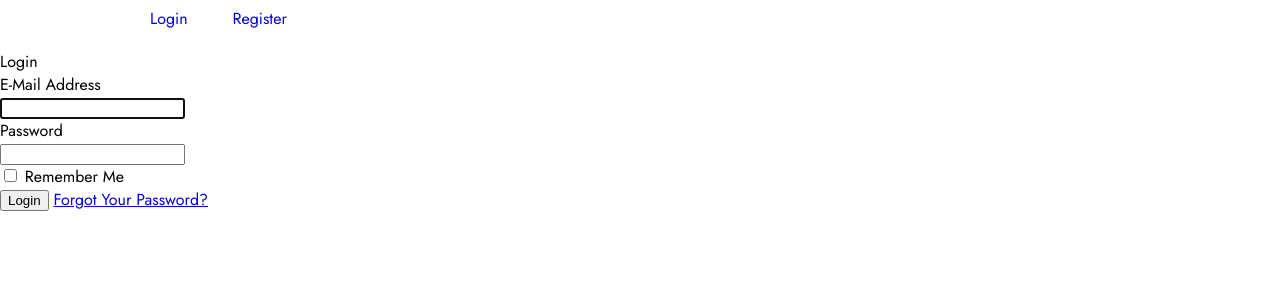
Repository: PatryxB/bikeService
Page: http://localhost/login
The author's editor kept a copy of each file at every save. The page is drawn from the files as they stood at one save, then again after the next save.
The browser window is 1280 px wide. The pictures show the whole page.
The page is served by the project's Laravel application, run on PHP 8.4 with Laravel 8. Other server files are loaded and not shown. Style sheets and scripts are compiled from the project's sources, by tool versions that may differ from the author's.

Above is the page before, as saved 2020-05-01 15:42:58.

### resources/views/layouts/app.blade.php
<!doctype html>
<html lang="{{ str_replace('_', '-', app()->getLocale()) }}">
<head>
    <meta charset="utf-8">
    <meta name="viewport" content="width=device-width, initial-scale=1">

    <!-- CSRF Token -->
    <meta name="csrf-token" content="{{ csrf_token() }}">

    <title>{{ config('app.name', 'Laravel') }}</title>

    <!-- Scripts -->
    <script src="{{ asset('js/app.js') }}" defer></script>

    <!-- Fonts -->
    <link rel="dns-prefetch" href="//fonts.gstatic.com">
    <link href="https://fonts.googleapis.com/css?family=Nunito" rel="stylesheet">

    <!-- Styles -->
    <link href="{{ asset('css/app.css') }}" rel="stylesheet">
</head>
<body>
    <div id="app">
        <nav>
            @if (Route::has('login'))
                @auth
                    <a href="{{ url('/home') }}">Home</a>
                @else
                    <a href="{{ route('login') }}" role="button">Login</a>

                    @if (Route::has('register'))
                        <a href="{{ route('register') }}" role="button" style="margin-left:40px">Register</a>
                    @endif
                @endauth
            @endif

        </nav>
        <main>
            @yield('content')
        </main>
    </div>
</body>
</html>

### resources/sass/app.scss
@import url('https://fonts.googleapis.com/css2?family=Jost&display=swap');
html, body{
    box-sizing: border-box;
    margin: 0;
    padding: 0;
    font-family: 'Jost', sans-serif;
}
.banner img{
    width: 100%;
    height: 92vh;
}
nav{
    width: 100%;
    height: 7vh;
}
nav a{
    margin-top: 7px;
    text-decoration: none;
    display: inline-block;
    margin-left: 150px;
}

Loaded but not shown: routes/web.php (common file); app/Http/Controllers/Auth/LoginController.php (common file); app/Http/Controllers/Controller.php (common file); app/Http/Controllers/Auth/ConfirmPasswordController.php (common file); resources/views/auth/login.blade.php (common file)

After the next save:
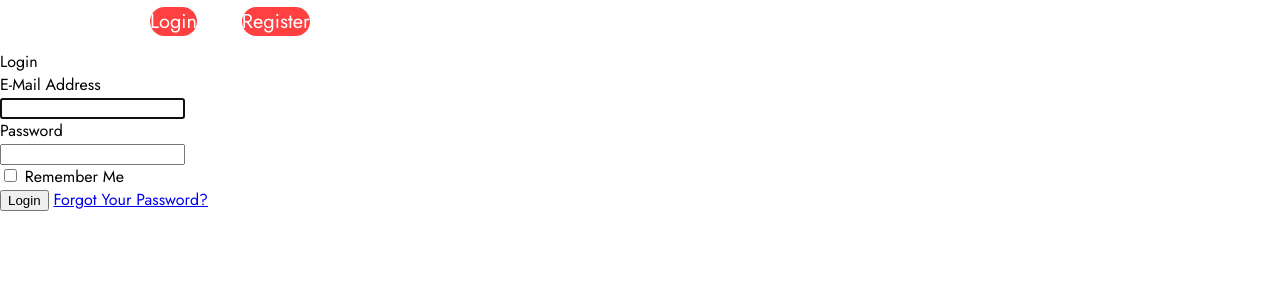
Saved 79 s later.
--- a/resources/sass/app.scss
+++ b/resources/sass/app.scss
@@ -18,4 +18,8 @@ nav a{
     text-decoration: none;
     display: inline-block;
     margin-left: 150px;
+    border-radius: 25px;
+    background-color: rgb(255, 64, 64);
+    color: white;
+    font-size: 20px;
 }
